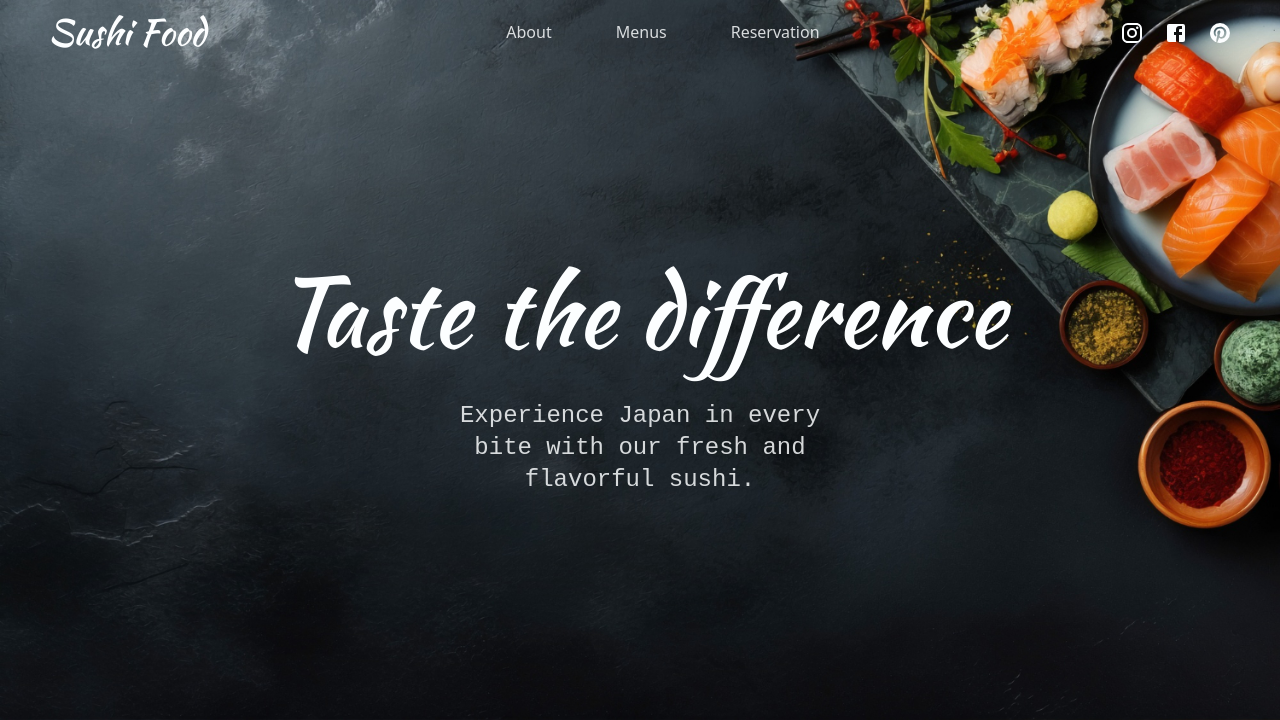
Repository: Adrien-legeleu/sushi-food
Page: /
The author's editor kept a copy of each file at every save. The page is drawn from the files as they stood at one save, then again after the next save.
The browser window is 1280 px wide. The pictures show the whole page.
Some web fonts or font styles are not loaded; a fallback is used. The project was rebuilt for these pictures with package versions that can differ from the ones it lists, and the page was loaded fresh each time. Also part of the build but not shown: vite.config.ts.

Above is the page before, as saved 2024-04-28 20:17:46.

After the next save:
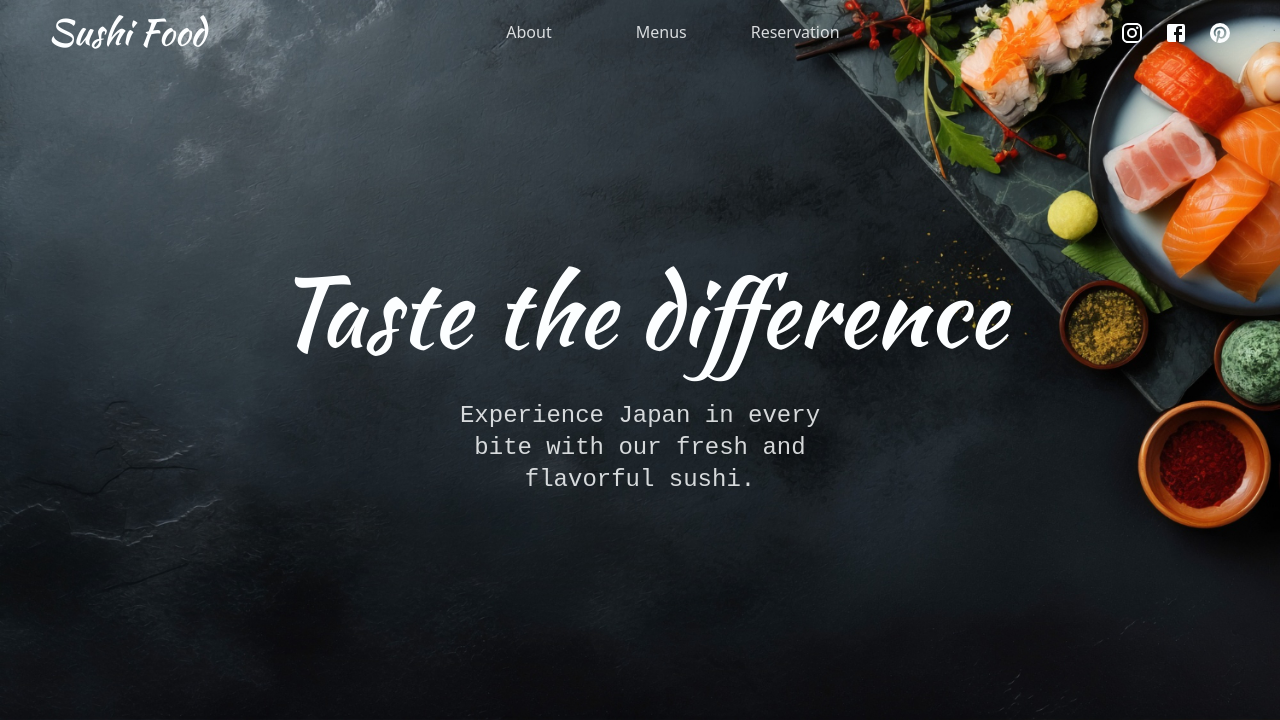
Saved 25 s later.
--- a/src/Components/Header.tsx
+++ b/src/Components/Header.tsx
@@ -6,7 +6,7 @@ export const Header =()=>{
         <div className='fixed h-16 w-full max-w-[1400px] top-0 left-1/2 -translate-x-1/2 flex justify-between items-center pl-12 pr-12'>
             <h2 className='font-title text-4xl text-whiteTitle'>Sushi Food</h2>
             <ul className='flex items-center gap-16 justify-between text-whiteText '>
-                <li className='cursor-pointer hover:scale-125 duration-300 hover:bg-green'>About</li>
+                <li className='cursor-pointer hover:scale-125 duration-300 hover:bg-green rounded-full pl-5 pr-5 pt-3 pb-3'>About</li>
                 <li>Menus</li>
                 <li>Reservation</li>
             </ul>
